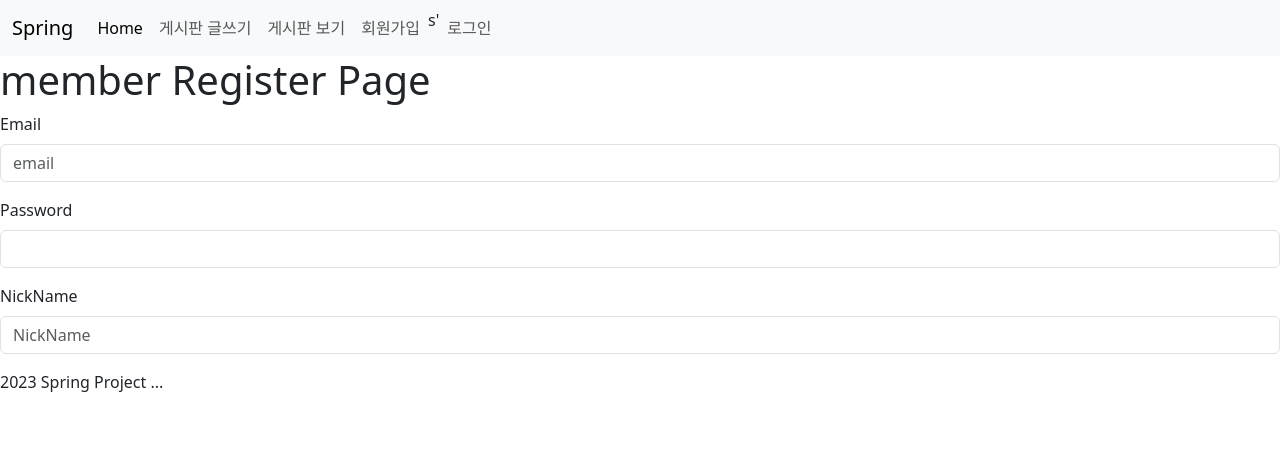
Repository: xoqls97/SpringProject
Page: http://localhost/spring_test2/WEB-INF/views/member/register.jsp
The author's editor kept a copy of each file at every save. The page is drawn from the files as they stood at one save, then again after the next save.
The browser window is 1280 px wide. The pictures show the whole page.
The page is served by Tomcat 9. Nobody is signed in. Other server files are loaded and not shown. The template is opened directly, without the code that normally fills it, so the values that code supplies are empty.

Above is the page before, as saved 2024-01-12 05:50:21.

### spring_test2/src/main/webapp/WEB-INF/views/member/register.jsp
<%@ page language="java" contentType="text/html; charset=UTF-8"
    pageEncoding="UTF-8"%>
<%@ taglib uri="http://java.sun.com/jsp/jstl/core" prefix="c" %>

<jsp:include page="../layout/header.jsp"></jsp:include>
<title>회원가입</title>

	<h1>member Register Page</h1>

	<!-- email,pwd,nickname -->

<form action="/member/register" method="post">
	<div class="mb-3">
  <label for="e" class="form-label">Email</label>
  <input type="email"  name="email" class="form-control" id="e" placeholder="email">
</div>
<div class="mb-3">
  <label for="p" class="form-label">Password</label>
  <input type="password"  name="pwd" class="form-control" id="p">
</div>
<div class="mb-3">
  <label for="n" class="form-label">NickName</label>
  <input type="text"  name="nickName" class="form-control" id="n" placeholder="NickName">

</div>
</form>














<jsp:include page="../layout/footer.jsp"></jsp:include>

### spring_test2/src/main/webapp/WEB-INF/views/layout/header.jsp
<%@ page language="java" contentType="text/html; charset=UTF-8"
    pageEncoding="UTF-8"%>
    <%@ taglib uri="http://java.sun.com/jsp/jstl/core" prefix="c" %>
<!DOCTYPE html>
<html>
<link href="https://cdn.jsdelivr.net/npm/bootstrap@5.3.1/dist/css/bootstrap.min.css" rel="stylesheet" integrity="sha384-4bw+/aepP/YC94hEpVNVgiZdgIC5+VKNBQNGCHeKRQN+PtmoHDEXuppvnDJzQIu9" crossorigin="anonymous">
<script src="https://cdn.jsdelivr.net/npm/bootstrap@5.3.1/dist/js/bootstrap.bundle.min.js" integrity="sha384-HwwvtgBNo3bZJJLYd8oVXjrBZt8cqVSpeBNS5n7C8IVInixGAoxmnlMuBnhbgrkm" crossorigin="anonymous"></script>
<head>
<meta charset="UTF-8">
<title>Insert title here</title>
</head>
<body>

<nav class="navbar navbar-expand-lg bg-body-tertiary">
  <div class="container-fluid">
    <a class="navbar-brand" href="#">Spring</a>
    <button class="navbar-toggler" type="button" data-bs-toggle="collapse" data-bs-target="#navbarSupportedContent" aria-controls="navbarSupportedContent" aria-expanded="false" aria-label="Toggle navigation">
      <span class="navbar-toggler-icon"></span>
    </button>
    <div class="collapse navbar-collapse" id="navbarSupportedContent">
      <ul class="navbar-nav me-auto mb-2 mb-lg-0">
        <li class="nav-item">
          <a class="nav-link active" aria-current="page" href="/">Home</a>
        </li>
        <li class="nav-item">
          <a class="nav-link" href="/board/register">게시판 글쓰기</a>
        </li>
        <li class="nav-item">
          <a class="nav-link" href="/board/list">게시판 보기</a>
        </li>
        <li class="nav-item">
          <a class="nav-link" href="/member/register">회원가입</a>
        </li>s'
        <c:if test="${ses.id eq null }">
        <li class="nav-item">
          <a class="nav-link" href="/member/login">로그인</a>
        </li>
        </c:if>
        <c:if test="${ses.id ne null}">
           <li class="nav-item">
          <a class="nav-link" href="/member/logout">로그아웃</a>
        </li>
        </c:if>
        <c:if test="${ses.id ne null }">
          <li class="nav-item">
          <a class="nav-link" href="#">${ses.id}(${ses.email}) welcomeㅋ</a>
        </c:if>
        <c:if test="${ses.id ne null }">
        <li class="nav-item">
        <a class="nav-link" href="/member/modify">나의정보</a>
        </c:if>
      </ul>
    </div>
  </div>
</nav>

### spring_test2/src/main/webapp/WEB-INF/views/layout/footer.jsp
<%@ page language="java" contentType="text/html; charset=UTF-8"
    pageEncoding="UTF-8"%>

<div>
    2023 Spring Project ...
</div>

</body>
</html>

After the next save:
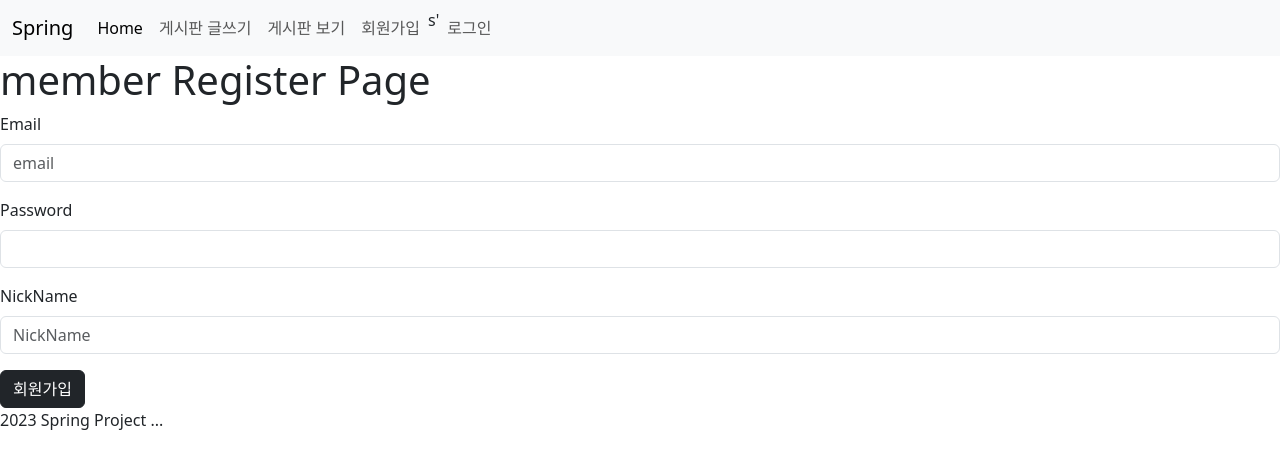
Saved 30 s later.
--- a/spring_test2/src/main/webapp/WEB-INF/views/member/register.jsp
+++ b/spring_test2/src/main/webapp/WEB-INF/views/member/register.jsp
@@ -20,9 +20,9 @@
 </div>
 <div class="mb-3">
   <label for="n" class="form-label">NickName</label>
-  <input type="text"  name="nickName" class="form-control" id="n" placeholder="NickName">
-
+  <input type="text" name="nickName" class="form-control" id="n" placeholder="NickName">
 </div>
+<button type="submit" class="btn btn-dark">회원가입</button>
 </form>
 
 
